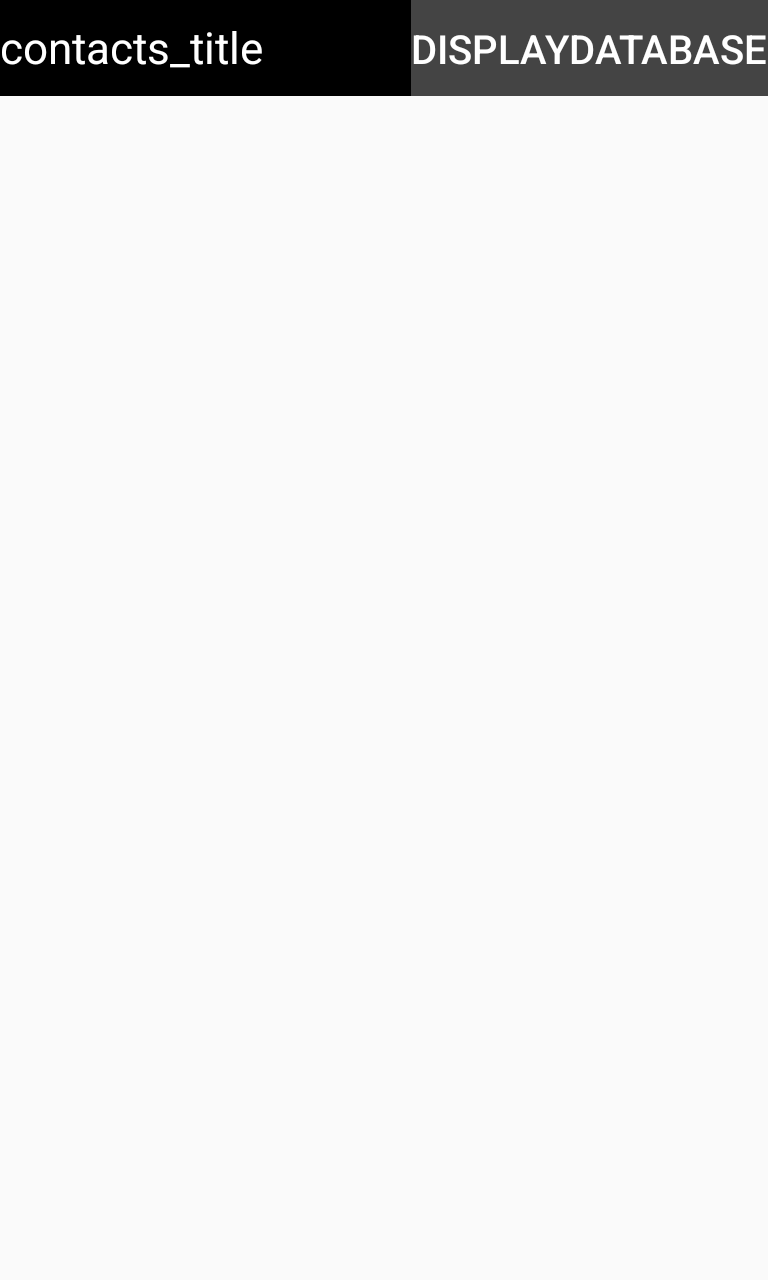
Repository: Smahane/SeniorProjectPOC
Layout: MyAssistant/res/layout/activity_database_output.xml
These files come from the project's save history. The layout is drawn as it stood at one moment and after the next save; the edit follows.
It is drawn on a 768 x 1280 px phone screen (xhdpi) without system bars, with theme AppTheme; the app's code is not run. Lists and similar views that code fills are empty.

Above is the layout before, as saved 2014-12-13 16:40:23.

After the next save:
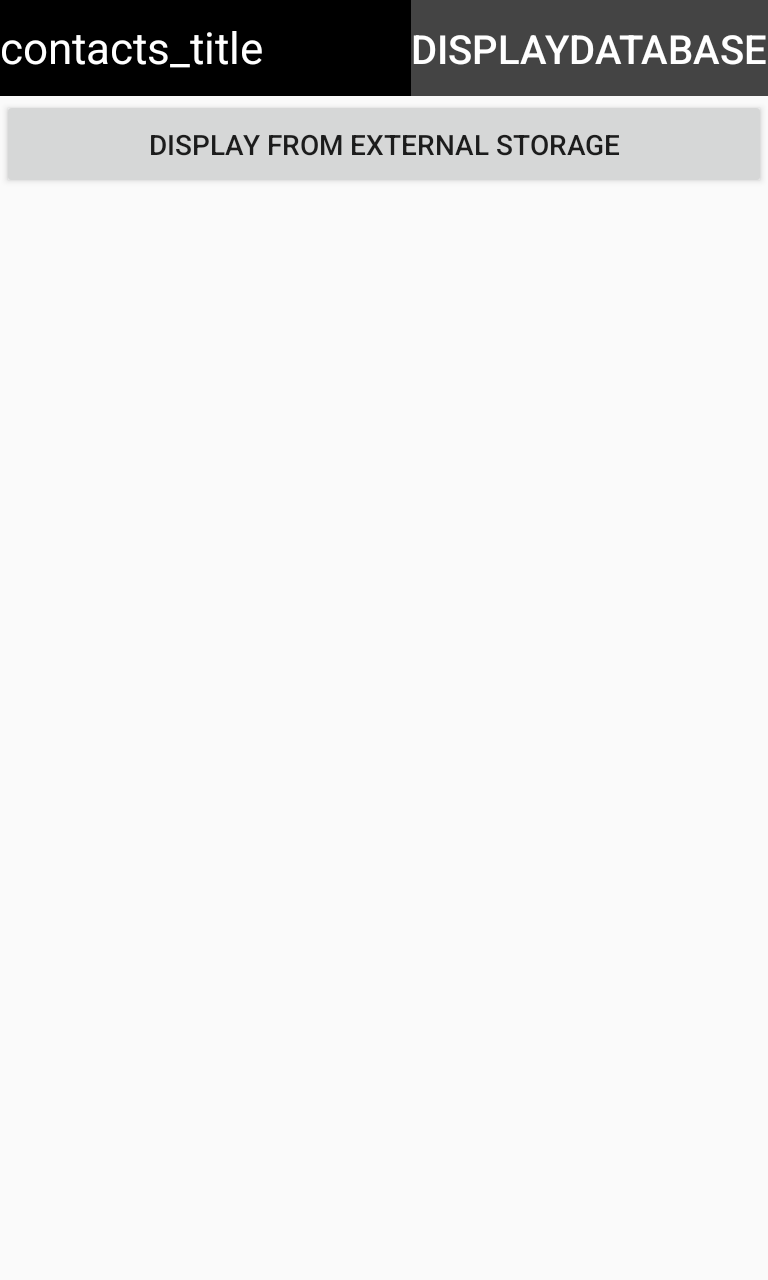
Saved 30 s later.
--- a/MyAssistant/res/layout/activity_database_output.xml
+++ b/MyAssistant/res/layout/activity_database_output.xml
@@ -43,4 +43,19 @@
         </ListView>
     </TableRow>
 
+
+        <Button
+            android:id="@+id/getJasonFile"
+            android:layout_width="match_parent"
+            android:layout_height="wrap_content"
+            android:text="Display from External Storage" />
+
+        <TextView
+            android:id="@+id/responseText"
+            android:layout_width="wrap_content"
+            android:layout_height="wrap_content"
+            android:padding="5dp"
+            android:text=""
+            android:textAppearance="?android:attr/textAppearanceMedium" />
+
 </TableLayout>
